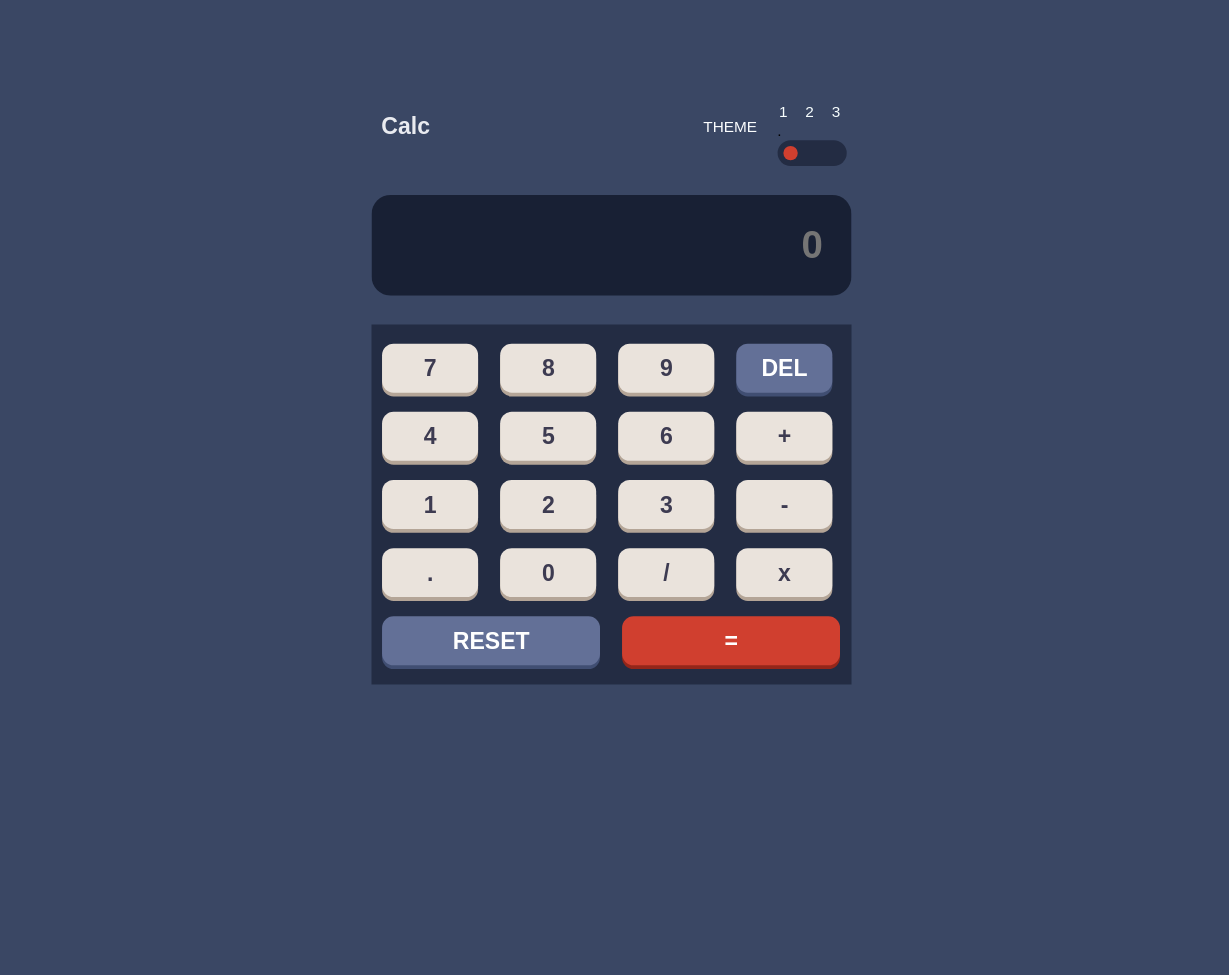
Repository: Bakyproit/Calcutor
Page: index.html
The author's editor kept a copy of each file at every save. The page is drawn from the files as they stood at one save, then again after a run of saves.
The browser window is 1280 px wide. The pictures show the whole page, at 96% of full size.

Above is the page before, as saved 2022-02-11 17:34:41.

After the next 2 saves:
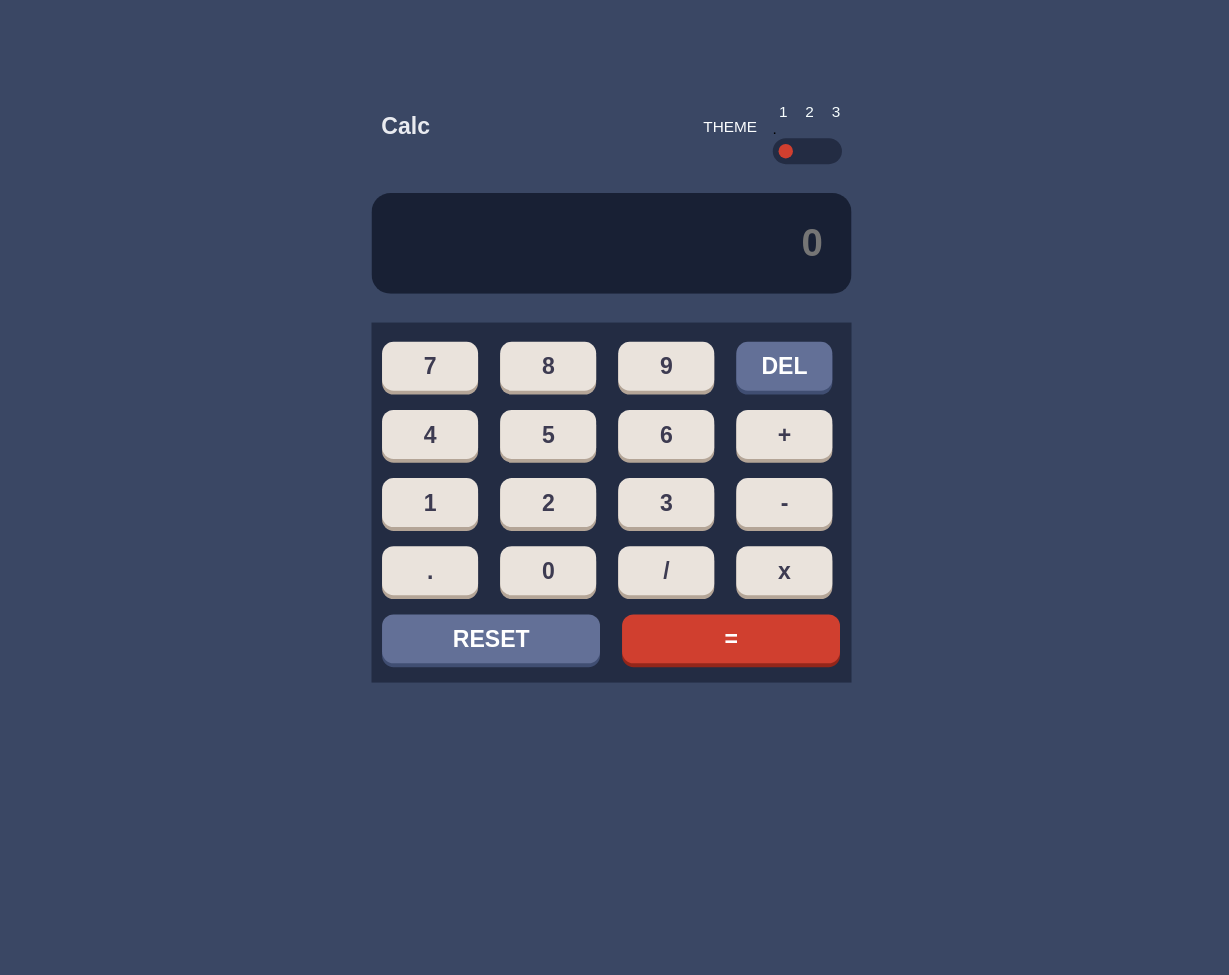
The 2 saves are shown as one change because they came seconds apart.
The last was saved 11 s later.
--- a/index.html
+++ b/index.html
@@ -21,7 +21,7 @@
                             <span class="app__title-theme-box-number-2" id="two">2</span>
                             <span class="app__title-theme-box-number-3" id="three">3</span>
                         </div>
-                        <div class="app__title-theme-box-toggle" >
+                        <div class="app__title-theme-toggle" >
                             .
                             <label for="toggle-input" class="toggle">
                                 <input type="checkbox" id="toggle-input" class="toggle__checkbox">

After the save that followed:
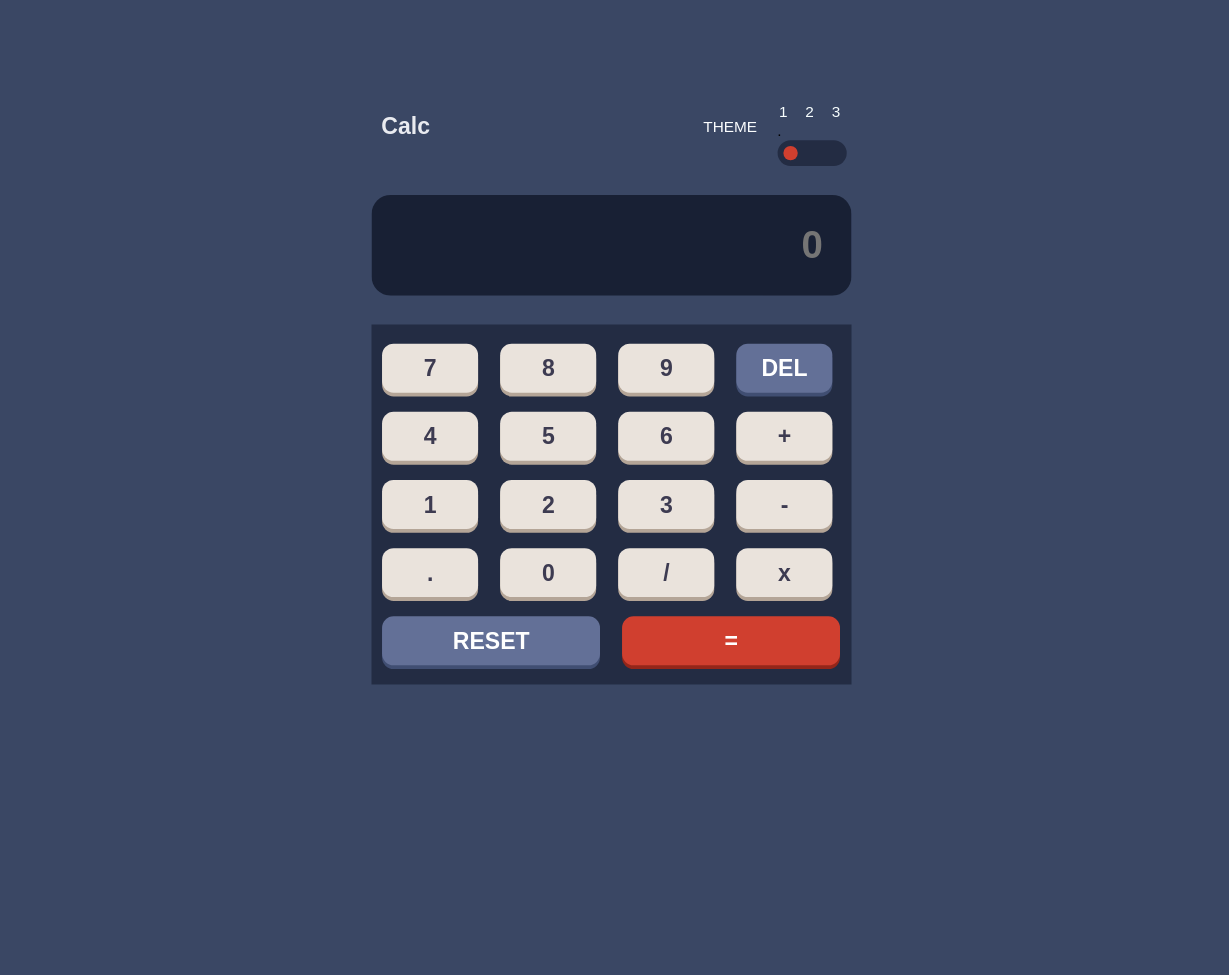
Saved 21 s later.
--- a/index.html
+++ b/index.html
@@ -21,7 +21,7 @@
                             <span class="app__title-theme-box-number-2" id="two">2</span>
                             <span class="app__title-theme-box-number-3" id="three">3</span>
                         </div>
-                        <div class="app__title-theme-toggle" >
+                        <div class="app__title-theme-box-toggle" >
                             .
                             <label for="toggle-input" class="toggle">
                                 <input type="checkbox" id="toggle-input" class="toggle__checkbox">
